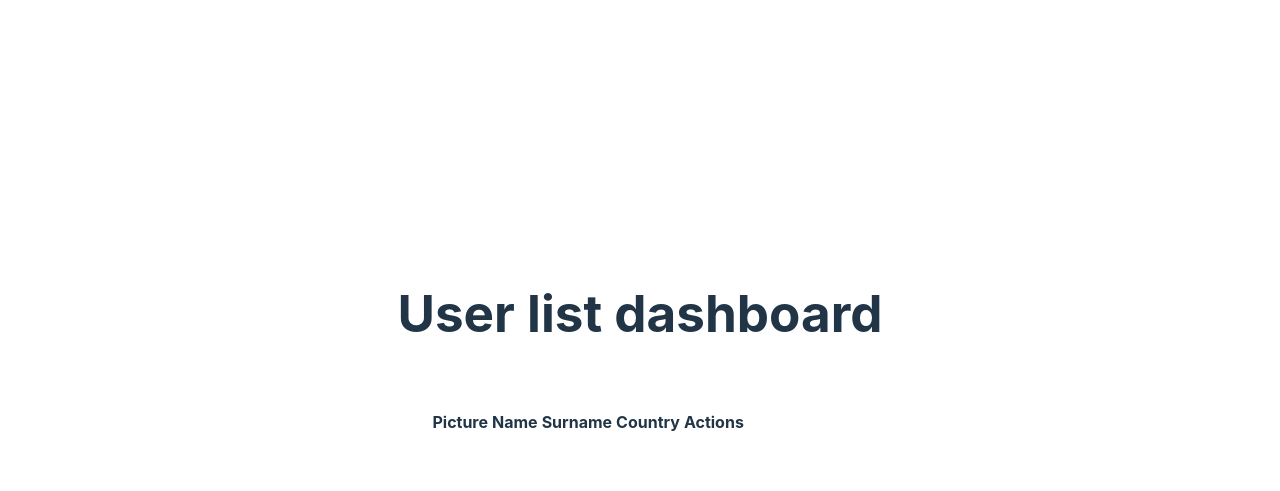
Repository: atzin-escandia/react-typescript-users-dashboard
Page: /
The author's editor kept a copy of each file at every save. The page is drawn from the files as they stood at one save, then again after the next save.
The browser window is 1280 px wide. The pictures show the whole page.
The page's requests for data from a server got no answer. The project was rebuilt for these pictures with package versions that can differ from the ones it lists, and the page was loaded fresh each time. No one was signed in, and anything a server would have sent is missing. Also part of the build but not shown: vite.config.ts.

Above is the page before, as saved 2023-10-08 21:54:48.

After the next save:
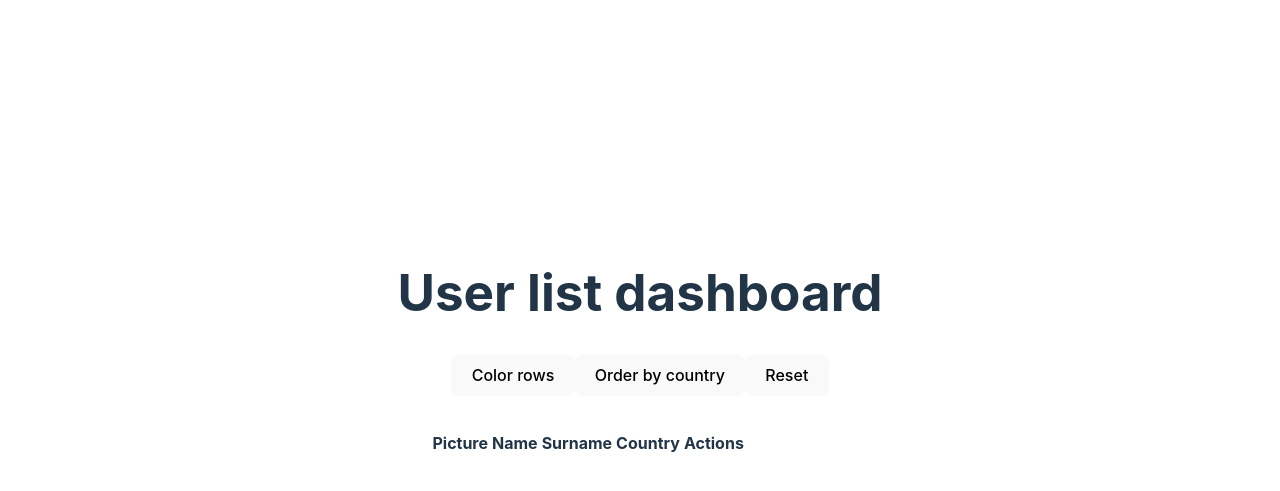
Saved 38 s later.
--- a/src/App.tsx
+++ b/src/App.tsx
@@ -15,7 +15,11 @@
   return (
     <>
       <h1>User list dashboard</h1>
-      <section></section>
+      <section>
+        <button>Color rows</button>
+        <button>Order by country</button>
+        <button>Reset</button>
+      </section>
 
       <section className="card">
         {users && <UsersList users={users}></UsersList>}
